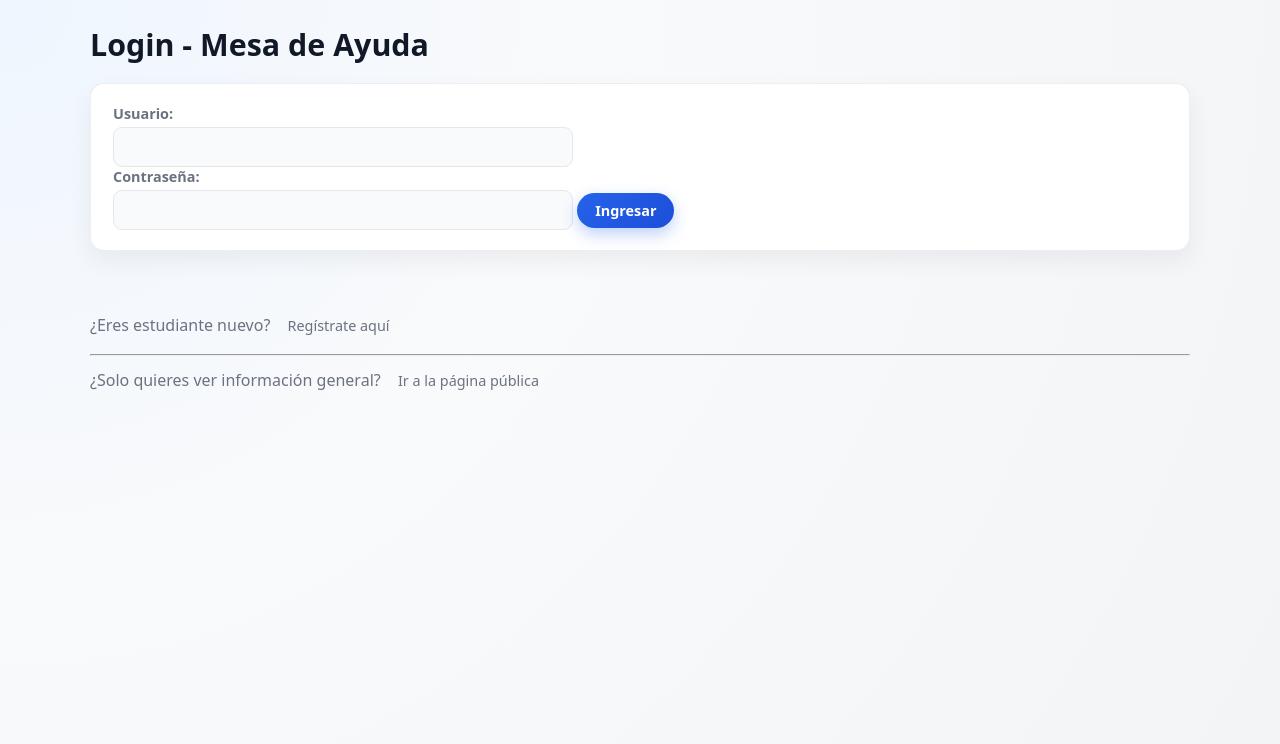
Repository: eleazarrrg/Proyecto-Mesa-Ayuda
Page: http://localhost/mesa-ayuda/
These files come from the project's save history. The page is drawn as it stood at one moment and after the next save; the edit follows.
The browser window is 1280 px wide. The pictures show the whole page.
The page is run by PHP 8.4 with error messages shown; the project is at /var/www/html/.

Above is the page before, as saved 2025-12-06 21:50:47.

### public/index.php
<?php
// public/index.php
session_start();

require_once __DIR__ . '/../app/core/Auth.php';
require_once __DIR__ . '/../app/core/Validator.php';

if (isset($_SESSION['user_id'])) {
    header('Location: dashboard.php');
    exit;
}

$error = '';

if ($_SERVER['REQUEST_METHOD'] === 'POST') {
    $username = Validator::sanitizeString($_POST['username'] ?? '');
    $password = $_POST['password'] ?? '';

    if (!Validator::required($username) || !Validator::required($password)) {
        $error = 'Debe ingresar usuario y contraseña.';
    } else {
        if (Auth::login($username, $password)) {
            header('Location: dashboard.php');
            exit;
        } else {
            $error = 'Credenciales inválidas.';
        }
    }
}
?>
<!DOCTYPE html>
<html lang="es">
<head>
    <meta charset="UTF-8">
    <title>Login - Mesa de Ayuda</title>
    <link rel="stylesheet" href="../assets/css/style.css">
</head>
<body>
    <h1>Login - Mesa de Ayuda</h1>

    <?php if ($error): ?>
        <p style="color:red;"><?= htmlspecialchars($error); ?></p>
    <?php endif; ?>

    <form method="POST">
        <label>Usuario:</label><br>
        <input type="text" name="username"><br><br>

        <label>Contraseña:</label><br>
        <input type="password" name="password"><br><br>

        <button type="submit">Ingresar</button>
    </form>

    <br>
    <p>
        ¿Eres estudiante nuevo?
        <a href="registro.php">Regístrate aquí</a>
    </p>

    <hr>
    <p>
        ¿Solo quieres ver información general?
        <a href="public_home.php">Ir a la página pública</a>
    </p>
</body>
</html>

### app/core/Auth.php
<?php
// app/core/Auth.php
require_once __DIR__ . '/Database.php';
require_once __DIR__ . '/Validator.php';

class Auth {

    private static function ensureSession() {
        if (session_status() === PHP_SESSION_NONE) {
            session_start();
        }
    }

    public static function login($username, $password) {
        self::ensureSession();

        $db = Database::getInstance()->getConnection();

        $sql = "SELECT * FROM usuarios WHERE username = :username AND activo = 1";
        $stmt = $db->prepare($sql);
        $stmt->execute([':username' => $username]);
        $user = $stmt->fetch();

        if ($user && password_verify($password, $user['password_hash'])) {
            session_regenerate_id(true);
            $_SESSION['user_id']   = $user['id'];
            $_SESSION['user_name'] = $user['nombre'];
            $_SESSION['role_id']   = $user['rol_id'];
            return true;
        }
        return false;
    }

    public static function check() {
        self::ensureSession();
        return isset($_SESSION['user_id']);
    }

    public static function logout() {
        self::ensureSession();
        $_SESSION = [];
        session_destroy();
    }
}

### app/core/Database.php
<?php
// app/core/Database.php
require_once __DIR__ . '/../config/config.php';

class Database {
    private $host;
    private $dbname;
    private $user;
    private $pass;
    private static $instance = null;
    private $pdo;

    private function __construct() {
        $this->host   = defined('DB_HOST') ? DB_HOST : 'localhost';
        $this->dbname = defined('DB_NAME') ? DB_NAME : 'mesa_ayuda';
        $this->user   = defined('DB_USER') ? DB_USER : 'root';
        $this->pass   = defined('DB_PASS') ? DB_PASS : '';

        $dsn = "mysql:host={$this->host};dbname={$this->dbname};charset=utf8mb4";

        try {
            $this->pdo = new PDO($dsn, $this->user, $this->pass, [
                PDO::ATTR_ERRMODE            => PDO::ERRMODE_EXCEPTION,
                PDO::ATTR_DEFAULT_FETCH_MODE => PDO::FETCH_ASSOC,
            ]);
        } catch (PDOException $e) {
            // Control de errores sencillo
            die("Error de conexión a BD: " . $e->getMessage());
        }
    }

    public static function getInstance() {
        if (self::$instance === null) {
            self::$instance = new Database();
        }
        return self::$instance;
    }

    public function getConnection() {
        return $this->pdo;
    }
}

### app/config/config.php
<?php
// app/config/config.php

// Nombre de la app
define('APP_NAME', 'Mesa de Ayuda UTP');


define('APP_URL', 'http://localhost/mesa-ayuda/public');

// Configuración de zona horaria
date_default_timezone_set('America/Panama');

// Datos de BD por si luego se usan en Database.php
define('DB_HOST', 'localhost');
define('DB_NAME', 'mesa_ayuda');
define('DB_USER', 'root');
define('DB_PASS', '');

### app/core/Validator.php
<?php
// app/core/Validator.php
class Validator {

    public static function sanitizeString($str) {
        return htmlspecialchars(trim($str), ENT_QUOTES, 'UTF-8');
    }

    public static function sanitizeEmail($email) {
        return filter_var(trim($email), FILTER_SANITIZE_EMAIL);
    }

    public static function isEmail($email) {
        return filter_var($email, FILTER_VALIDATE_EMAIL) !== false;
    }

    public static function required($value) {
        return isset($value) && trim($value) !== '';
    }

    public static function maxLength($value, $max) {
        return mb_strlen($value) <= $max;
    }

}

### assets/css/style.css
/* =========================================
   ESTILOS GENERALES
========================================= */
:root {
    --bg-body: #f3f4f6;
    --bg-card: #ffffff;
    --bg-header: #0f172a;
    --bg-header-soft: #111827;
    --primary: #2563eb;
    --primary-soft: #dbeafe;
    --primary-dark: #1d4ed8;
    --danger: #dc2626;
    --success: #16a34a;
    --warning: #f59e0b;
    --text-main: #111827;
    --text-soft: #6b7280;
    --border-soft: #e5e7eb;
    --shadow-soft: 0 10px 25px rgba(15, 23, 42, 0.06);
    --radius-card: 14px;
    --radius-pill: 999px;
    --transition-fast: 0.18s ease-out;
    --font-main: system-ui, -apple-system, BlinkMacSystemFont, "Segoe UI", sans-serif;
}

*,
*::before,
*::after {
    box-sizing: border-box;
}

html, body {
    margin: 0;
    padding: 0;
}

body {
    font-family: var(--font-main);
    background: radial-gradient(circle at top left, #eff6ff 0, #f9fafb 40%, #f3f4f6 100%);
    color: var(--text-main);
    min-height: 100vh;
}

/* Contenedor principal centrado */
body > h1,
body > p,
body > form,
body > table,
body > hr,
body > ul {
    max-width: 1100px;
    margin-left: auto;
    margin-right: auto;
}

/* Para páginas que tengan un contenedor principal */
.container,
.wrapper-main {
    max-width: 1100px;
    margin: 24px auto 40px auto;
    padding: 0 16px;
}

/* =========================================
   TIPOGRAFÍA Y LINKS
========================================= */
h1 {
    font-size: 1.9rem;
    font-weight: 700;
    margin: 24px auto 10px auto;
    color: var(--bg-header-soft);
    text-align: left;
}

h2 {
    font-size: 1.4rem;
    margin: 18px 0 10px 0;
    color: var(--bg-header-soft);
}

h3 {
    font-size: 1.1rem;
    margin: 16px 0 8px 0;
    color: var(--bg-header-soft);
}

p {
    margin: 6px 0 10px;
    color: var(--text-soft);
    line-height: 1.45;
}

a {
    color: var(--primary);
    text-decoration: none;
    font-weight: 500;
}

a:hover {
    text-decoration: underline;
}

/* =========================================
   BARRA DE NAVEGACIÓN SENCILLA (la del dashboard)
========================================= */

body > p a {
    display: inline-block;
    margin-right: 10px;
    padding: 6px 12px;
    border-radius: var(--radius-pill);
    border: 1px solid transparent;
    background-color: transparent;
    font-size: 0.9rem;
    color: var(--text-soft);
    transition: background-color var(--transition-fast), color var(--transition-fast), border-color var(--transition-fast), transform var(--transition-fast);
}

body > p a:hover {
    background-color: var(--primary-soft);
    color: var(--primary-dark);
    border-color: rgba(37, 99, 235, 0.25);
    text-decoration: none;
    transform: translateY(-1px);
}

/* Para indicar la página actual manualmente si quieres */
.nav-active {
    background-color: var(--primary);
    color: #ffffff !important;
    border-color: var(--primary-dark);
}

/* =========================================
   CARDS (puedes usarlas envolviendo contenido con class="card")
========================================= */
.card {
    background-color: var(--bg-card);
    border-radius: var(--radius-card);
    box-shadow: var(--shadow-soft);
    padding: 18px 20px;
    margin: 18px auto;
    border: 1px solid rgba(148, 163, 184, 0.15);
}

.card-header {
    display: flex;
    align-items: baseline;
    justify-content: space-between;
    margin-bottom: 10px;
}

.card-header h2,
.card-header h3 {
    margin: 0;
}

.card-header small {
    color: var(--text-soft);
}

/* =========================================
   FORMULARIOS
========================================= */

form {
    background-color: var(--bg-card);
    border-radius: var(--radius-card);
    padding: 20px 22px;
    margin: 18px auto 30px auto;
    box-shadow: var(--shadow-soft);
    border: 1px solid rgba(148, 163, 184, 0.18);
}

label {
    display: block;
    font-size: 0.9rem;
    margin-bottom: 4px;
    font-weight: 600;
    color: var(--text-soft);
}

input[type="text"],
input[type="password"],
input[type="email"],
input[type="date"],
input[type="number"],
input[type="file"],
select,
textarea {
    width: 100%;
    max-width: 460px;
    padding: 9px 11px;
    border-radius: 9px;
    border: 1px solid var(--border-soft);
    font-size: 0.92rem;
    font-family: var(--font-main);
    outline: none;
    background-color: #f9fafb;
    color: var(--text-main);
    transition: border-color var(--transition-fast), box-shadow var(--transition-fast), background-color var(--transition-fast), transform var(--transition-fast);
}

textarea {
    resize: vertical;
    min-height: 90px;
}

input:focus,
select:focus,
textarea:focus {
    border-color: var(--primary);
    box-shadow: 0 0 0 1px rgba(37, 99, 235, 0.35);
    background-color: #ffffff;
    transform: translateY(-1px);
}

/* Separación entre grupos del formulario */
form > br {
    display: none; /* oculta <br> si los usas, el padding ya hace el espacio */
}

form > label + * {
    margin-bottom: 12px;
}

/* =========================================
   BOTONES
========================================= */

button,
input[type="submit"],
.btn {
    display: inline-flex;
    align-items: center;
    justify-content: center;
    padding: 8px 18px;
    border-radius: var(--radius-pill);
    border: none;
    font-size: 0.9rem;
    font-weight: 600;
    font-family: var(--font-main);
    background: linear-gradient(135deg, var(--primary), var(--primary-dark));
    color: #ffffff;
    cursor: pointer;
    box-shadow: 0 6px 16px rgba(37, 99, 235, 0.30);
    transition: transform var(--transition-fast), box-shadow var(--transition-fast), background var(--transition-fast), filter var(--transition-fast);
}

button:hover,
input[type="submit"]:hover,
.btn:hover {
    transform: translateY(-1px);
    box-shadow: 0 12px 20px rgba(37, 99, 235, 0.35);
    filter: brightness(1.03);
}

button:active,
input[type="submit"]:active,
.btn:active {
    transform: translateY(0);
    box-shadow: 0 4px 8px rgba(15, 23, 42, 0.3);
}

/* Variantes de botón */
.btn-secondary {
    background: #e5e7eb;
    color: #111827;
    box-shadow: none;
}

.btn-secondary:hover {
    background: #d1d5db;
    box-shadow: 0 4px 10px rgba(148, 163, 184, 0.4);
}

.btn-danger {
    background: linear-gradient(135deg, #ef4444, #b91c1c);
}

.btn-success {
    background: linear-gradient(135deg, #22c55e, #15803d);
}

/* =========================================
   MENSAJES (errores, éxito, info)
   (Puedes envolver tus mensajes con <div class="alert alert-error"> etc.)
========================================= */

.alert {
    padding: 10px 14px;
    border-radius: 10px;
    font-size: 0.9rem;
    margin: 12px auto;
    max-width: 1100px;
    border: 1px solid transparent;
}

.alert-error {
    background: #fef2f2;
    border-color: #fecaca;
    color: #b91c1c;
}

.alert-success {
    background: #ecfdf3;
    border-color: #bbf7d0;
    color: #166534;
}

.alert-info {
    background: #eff6ff;
    border-color: #bfdbfe;
    color: #1d4ed8;
}

/* Estilo específico para el UL de errores que ya tienes */
ul {
    padding-left: 18px;
}

ul li {
    margin-bottom: 4px;
}

/* Si no quieres cambiar tu HTML, al menos haz que el UL rojo se vea como alerta */
ul[style*="color:red"] {
    list-style: none;
    padding: 10px 14px;
    border-radius: 10px;
    background: #fef2f2;
    border: 1px solid #fecaca;
    color: #b91c1c !important;
}

/* =========================================
   TABLAS (listado de tickets, usuarios, etc.)
========================================= */

table {
    width: 100%;
    border-collapse: collapse;
    margin: 18px auto 28px auto;
    background-color: var(--bg-card);
    border-radius: 14px;
    overflow: hidden;
    box-shadow: var(--shadow-soft);
    font-size: 0.9rem;
}

table thead {
    background: linear-gradient(135deg, var(--bg-header), var(--bg-header-soft));
    color: #e5e7eb;
}

table thead th {
    padding: 10px 12px;
    text-align: left;
    font-weight: 600;
    border-bottom: 1px solid rgba(15, 23, 42, 0.5);
}

table tbody tr:nth-child(even) {
    background-color: #f9fafb;
}

table tbody tr:nth-child(odd) {
    background-color: #ffffff;
}

table td {
    padding: 9px 12px;
    border-bottom: 1px solid var(--border-soft);
    color: #111827;
}

table tbody tr:hover {
    background-color: #eff6ff;
}

/* Botones/links dentro de tablas */
table td a {
    font-size: 0.85rem;
    padding: 4px 9px;
    border-radius: var(--radius-pill);
    border: 1px solid transparent;
    background-color: #e5e7eb;
    color: #111827;
    font-weight: 500;
    text-decoration: none;
    margin-right: 4px;
}

table td a:hover {
    background-color: var(--primary-soft);
    color: var(--primary-dark);
    border-color: rgba(37, 99, 235, 0.4);
}

/* Paginación básica (los enlaces de números al final de tickets.php) */
p:has(a[href*="?p="]) {
    text-align: right;
    font-size: 0.86rem;
    color: var(--text-soft);
}

p:has(a[href*="?p="]) a {
    margin-left: 4px;
    margin-right: 0;
    padding: 3px 8px;
    border-radius: var(--radius-pill);
    border: 1px solid transparent;
    background-color: transparent;
}

p:has(a[href*="?p="]) a:hover {
    background-color: var(--primary-soft);
}

/* =========================================
   BADGES (estado, prioridad) - opcional
   Si agregas <span class="badge badge-estado-en-espera">EN_ESPERA</span>, etc.
========================================= */

.badge {
    display: inline-flex;
    align-items: center;
    justify-content: center;
    padding: 2px 10px;
    border-radius: var(--radius-pill);
    font-size: 0.72rem;
    font-weight: 600;
    letter-spacing: 0.02em;
}

.badge-estado-en-espera {
    background-color: #fef3c7;
    color: #92400e;
}

.badge-estado-en-proceso {
    background-color: #dbeafe;
    color: #1d4ed8;
}

.badge-estado-culminada {
    background-color: #dcfce7;
    color: #166534;
}

.badge-prioridad-baja {
    background-color: #e5e7eb;
    color: #374151;
}

.badge-prioridad-media {
    background-color: #fee2e2;
    color: #b91c1c;
}

.badge-prioridad-alta {
    background-color: #fee2e2;
    color: #991b1b;
}

/* =========================================
   LAYOUT RESPONSIVE
========================================= */

@media (max-width: 768px) {
    body > h1,
    body > p,
    body > form,
    body > table {
        padding-left: 12px;
        padding-right: 12px;
    }

    form {
        padding: 16px 14px;
    }

    table thead {
        display: none;
    }

    table,
    table tbody,
    table tr,
    table td {
        display: block;
        width: 100%;
    }

    table tr {
        margin-bottom: 14px;
        border-radius: 12px;
        border: 1px solid var(--border-soft);
        overflow: hidden;
        box-shadow: 0 6px 16px rgba(15, 23, 42, 0.06);
    }

    table td {
        border: none;
        padding: 7px 10px;
        position: relative;
    }

    table td::before {
        content: attr(data-label);
        font-size: 0.74rem;
        text-transform: uppercase;
        letter-spacing: 0.06em;
        color: var(--text-soft);
        display: block;
        margin-bottom: 2px;
    }
}

/* =========================================
   CABECERA SIMPLE PARA PÁGINA PÚBLICA (opcional)
========================================= */

.header-public {
    max-width: 1100px;
    margin: 0 auto 20px auto;
    padding: 16px 18px;
    background: linear-gradient(135deg, var(--bg-header), var(--bg-header-soft));
    color: #e5e7eb;
    border-radius: 0 0 18px 18px;
    box-shadow: 0 14px 26px rgba(15, 23, 42, 0.35);
}

.header-public h1 {
    color: #f9fafb;
    margin: 0 0 4px 0;
}

.header-public p {
    color: #e5e7eb;
    margin: 0;
}

After the next save:
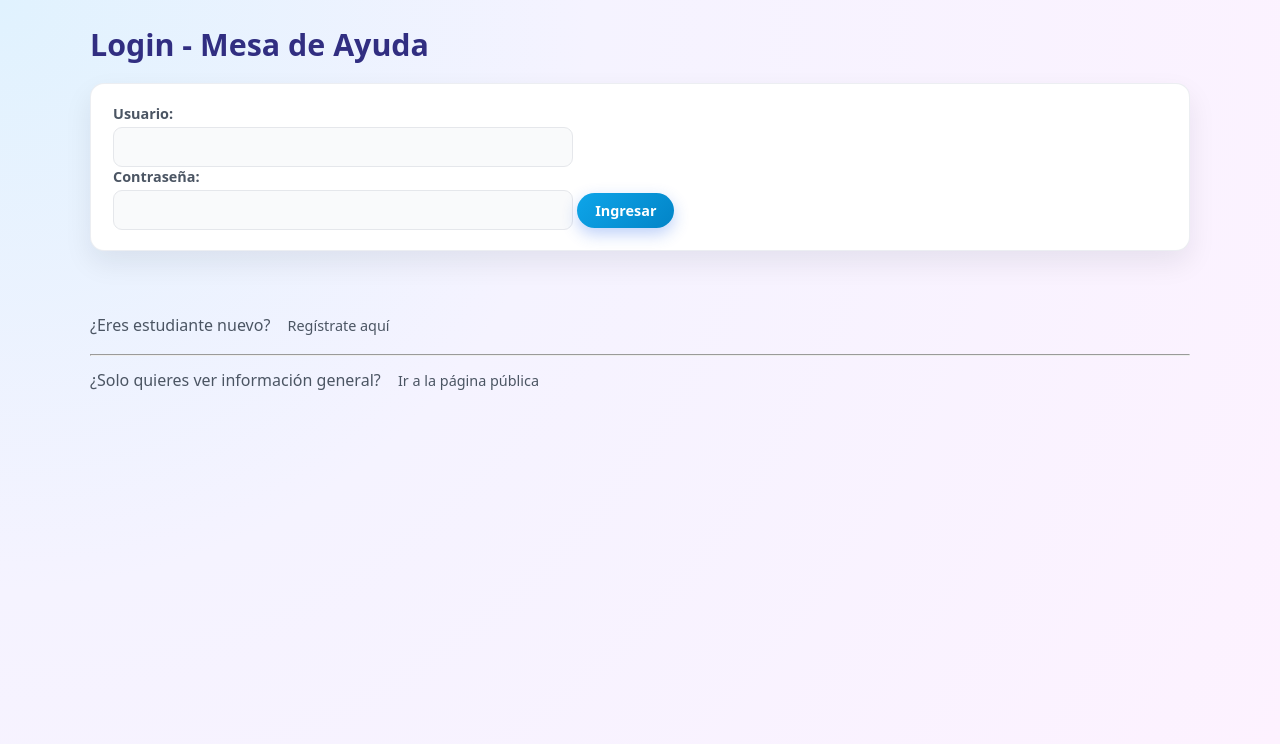
Saved 7 min 36 s later.
--- a/assets/css/style.css
+++ b/assets/css/style.css
@@ -2,22 +2,34 @@
    ESTILOS GENERALES
 ========================================= */
 :root {
-    --bg-body: #f3f4f6;
+    /* Fondo general */
+    --bg-body: #f5f3ff;
     --bg-card: #ffffff;
-    --bg-header: #0f172a;
-    --bg-header-soft: #111827;
-    --primary: #2563eb;
-    --primary-soft: #dbeafe;
-    --primary-dark: #1d4ed8;
-    --danger: #dc2626;
+
+    /* Header y zonas oscuras */
+    --bg-header: #4c1d95;
+    --bg-header-soft: #312e81;
+
+    /* Color principal */
+    --primary: #0ea5e9;
+    --primary-soft: #e0f2fe;
+    --primary-dark: #0284c7;
+
+    /* Semáforos */
+    --danger: #ef4444;
     --success: #16a34a;
     --warning: #f59e0b;
-    --text-main: #111827;
-    --text-soft: #6b7280;
+
+    /* Texto y bordes */
+    --text-main: #020617;
+    --text-soft: #4b5563;
     --border-soft: #e5e7eb;
-    --shadow-soft: 0 10px 25px rgba(15, 23, 42, 0.06);
+
+    /* Sombras y radios */
+    --shadow-soft: 0 12px 28px rgba(15, 23, 42, 0.08);
     --radius-card: 14px;
     --radius-pill: 999px;
+
     --transition-fast: 0.18s ease-out;
     --font-main: system-ui, -apple-system, BlinkMacSystemFont, "Segoe UI", sans-serif;
 }
@@ -35,7 +47,7 @@ html, body {
 
 body {
     font-family: var(--font-main);
-    background: radial-gradient(circle at top left, #eff6ff 0, #f9fafb 40%, #f3f4f6 100%);
+    background: radial-gradient(circle at top left, #e0f2fe 0, #f5f3ff 40%, #fdf2ff 100%);
     color: var(--text-main);
     min-height: 100vh;
 }
@@ -524,7 +536,7 @@ p:has(a[href*="?p="]) a:hover {
     max-width: 1100px;
     margin: 0 auto 20px auto;
     padding: 16px 18px;
-    background: linear-gradient(135deg, var(--bg-header), var(--bg-header-soft));
+    background: linear-gradient(135deg, #4c1d95, #0ea5e9);
     color: #e5e7eb;
     border-radius: 0 0 18px 18px;
     box-shadow: 0 14px 26px rgba(15, 23, 42, 0.35);
